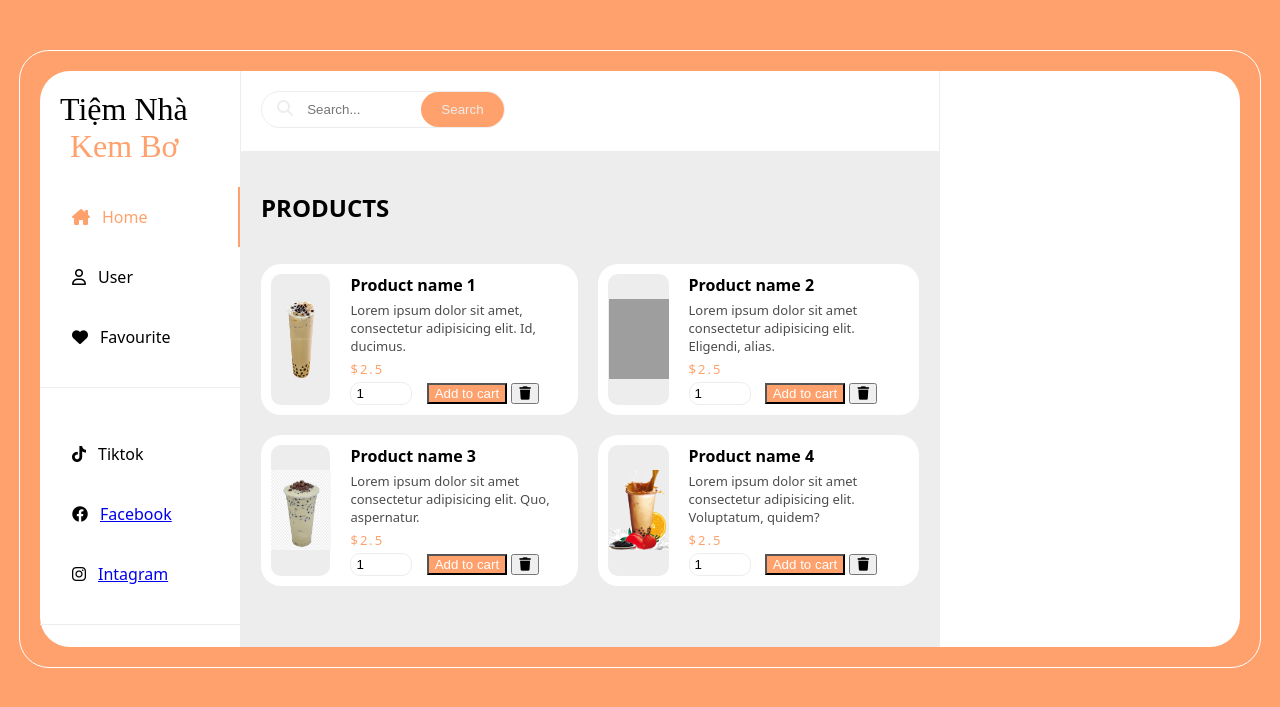
Repository: hnguyeng/tiemnhabo
Page: index.html
These files come from the project's save history. The page is drawn as it stood at one moment and after the next save; the edit follows.
The browser window is 1280 px wide. The pictures show the whole page.
Pictures or frames that could not be fetched are drawn as grey boxes.

Above is the page before, as saved 2022-12-13 16:28:35.

After the next save:
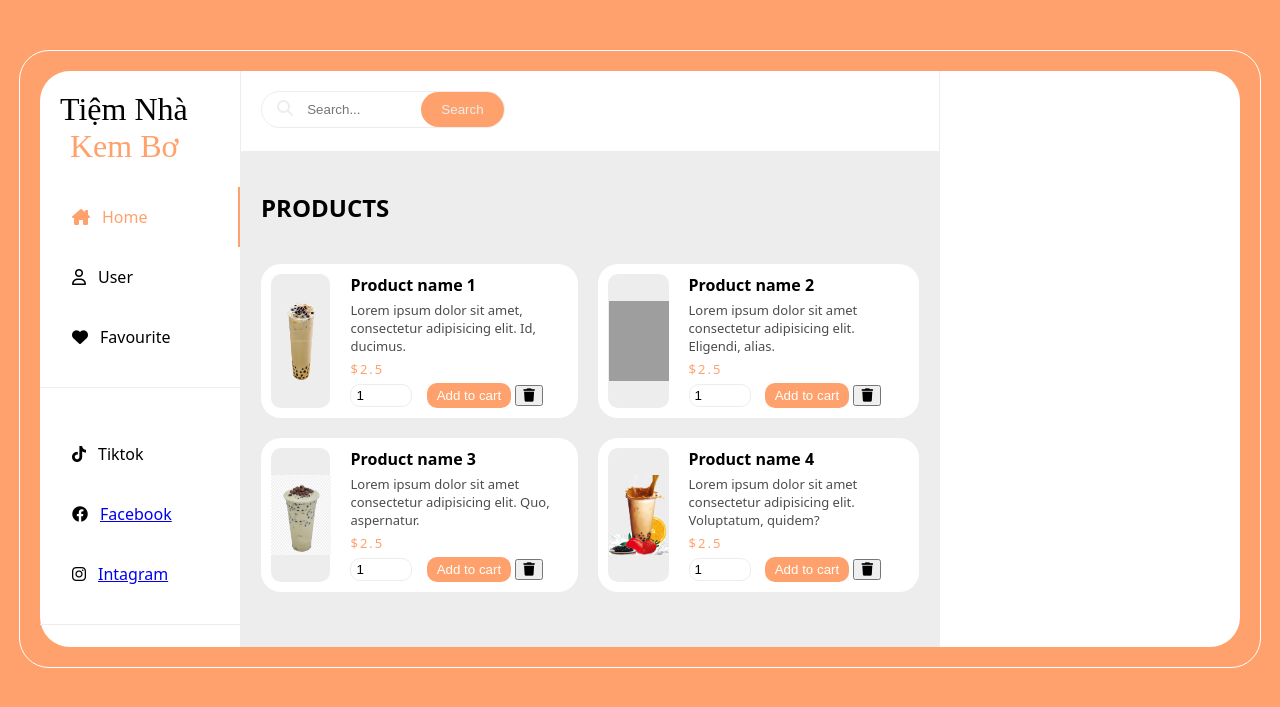
Saved 35 s later.
--- a/style.css
+++ b/style.css
@@ -150,6 +150,9 @@
    background-color: var(--orange);
    margin-top: 5px;
    color: var(--white);
+   padding: 5px 10px;
+   border: none;
+   border-radius: 10px;
 }
 
  /* end center */
